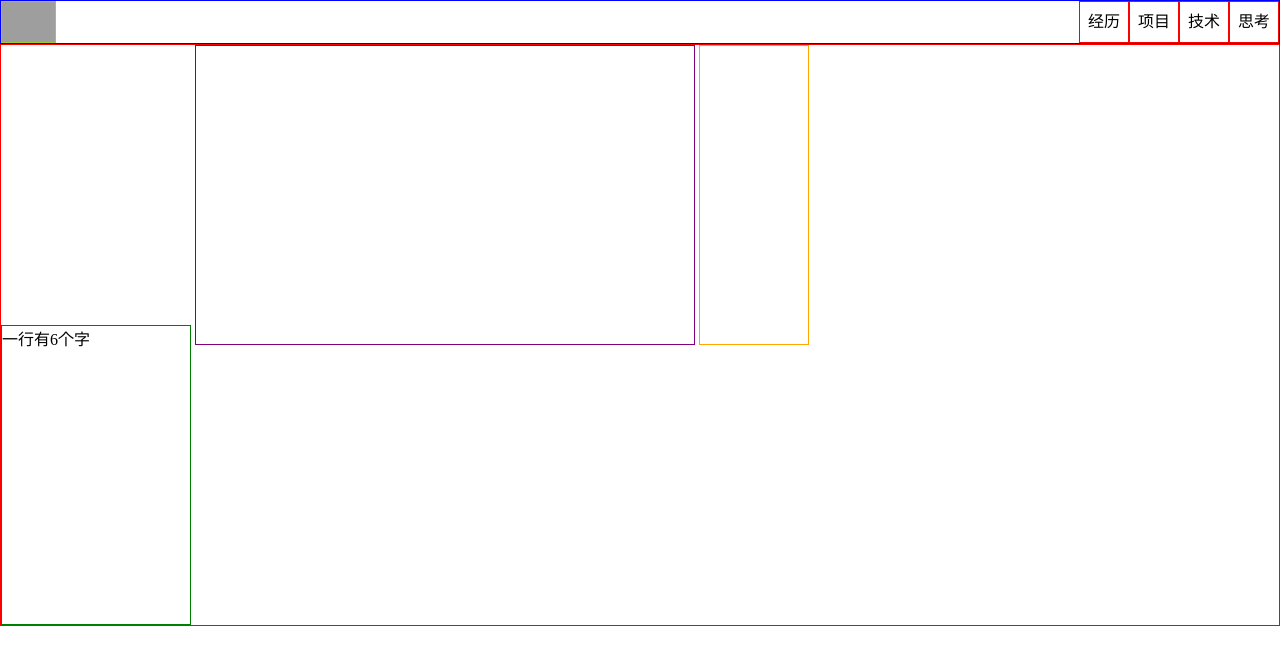
Repository: Lixianlai-2/Css-practice
Page: index.html
The author's editor kept a copy of each file at every save. The page is drawn from the files as they stood at one save, then again after the next save.
The browser window is 1280 px wide. The pictures show the whole page.
Pictures or frames that could not be fetched are drawn as grey boxes.

Above is the page before, as saved 2021-12-03 10:26:58.

### index.html
<!DOCTYPE html>
<html>
  <head>
    <meta charset="utf-8" />
    <link rel="stylesheet" href="style.css" />
    <title>float浮动</title>
  </head>

  <body>
    <header class="clearfix">
      <div class="logo">
        <img
          src="https://avatars.githubusercontent.com/u/23273345?v=4"
          alt="头像"
        />
      </div>
      <ul class="clearfix">
        <li>经历</li>
        <li>项目</li>
        <li>技术</li>
        <li>思考</li>
      </ul>
    </header>
    <div class="content">
      <aside>一行有6个字</aside>
      <main></main>
      <div class="ad"></div>
    </div>
  </body>
</html>

### style.css
* {
  margin: 0;
  padding: 0;
  box-sizing: border-box;
}

img {
  max-width: 100%;
}

.clearfix::after {
  content: "";
  display: block;
  clear: both;
}

header {
  border: 1px solid blue;
}

ul,
ol {
  list-style: none;
}

.logo {
  display: inline-block;
  border: 1px solid yellowgreen;
  float: left;
}
.logo > img {
  height: 40px;
  vertical-align: middle;
}

ul > li {
  border: 1px solid red;
  line-height: 32px;
  float: left;
  padding: 4px 0.5em;
}
ul {
  /* 必须让其浮动，也让logo浮动，才能让其父容器完全贴合 */
  float: right;
}

.content {
  border: 1px solid red;
}

.content > aside {
  width: 190px;
  border: 1px solid green;
  height: 300px;
  display: inline-block;
}

.content > main {
  border: 1px solid purple;
  height: 300px;
  width: 500px;
  display: inline-block;
}

.content > .ad {
  border: 1px solid orange;
  width: 110px;
  height: 300px;
  display: inline-block;
}

After the next save:
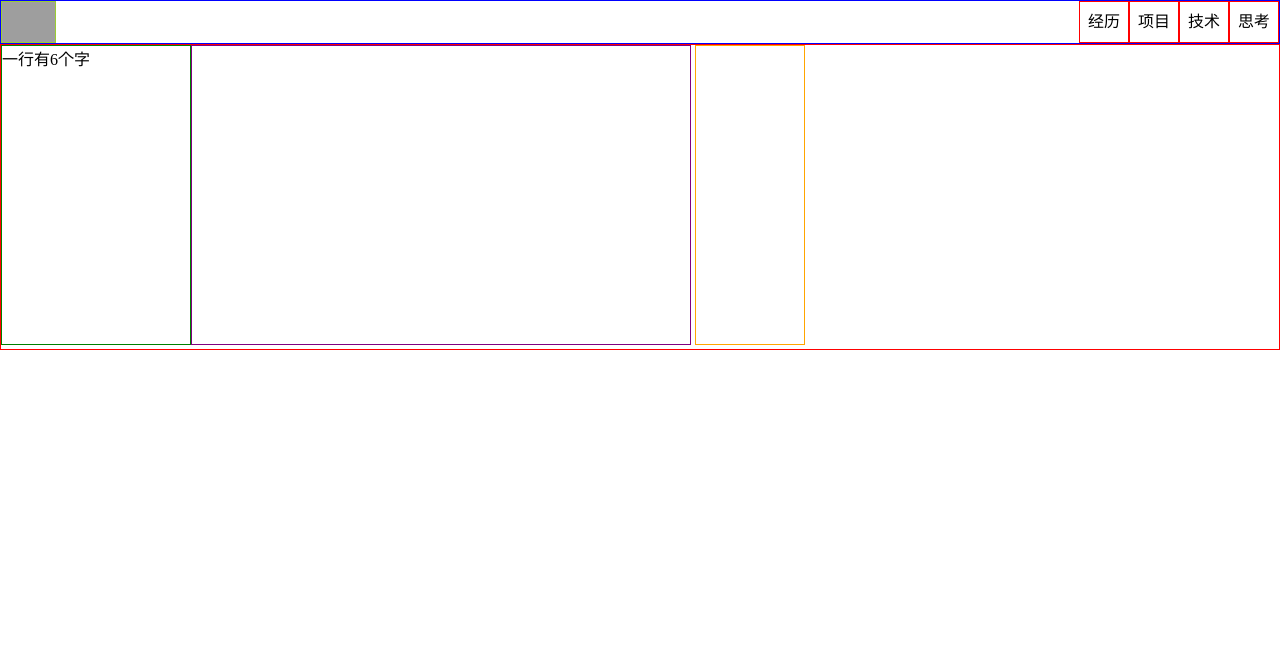
Saved 19 s later.
--- a/style.css
+++ b/style.css
@@ -52,7 +52,7 @@ ul {
   width: 190px;
   border: 1px solid green;
   height: 300px;
-  display: inline-block;
+  float: left;
 }
 
 .content > main {
